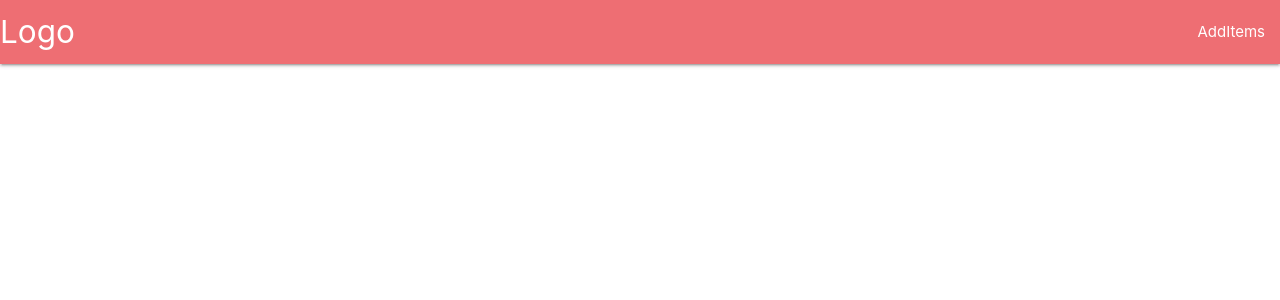
Repository: umarrg/crud-app-ejs-and-nodejs
Page: public/index.html
The author's editor kept a copy of each file at every save. The page is drawn from the files as they stood at one save, then again after the next save.
The browser window is 1280 px wide. The pictures show the whole page.

Above is the page before, as saved 2020-12-24 17:09:34.

After the next save:
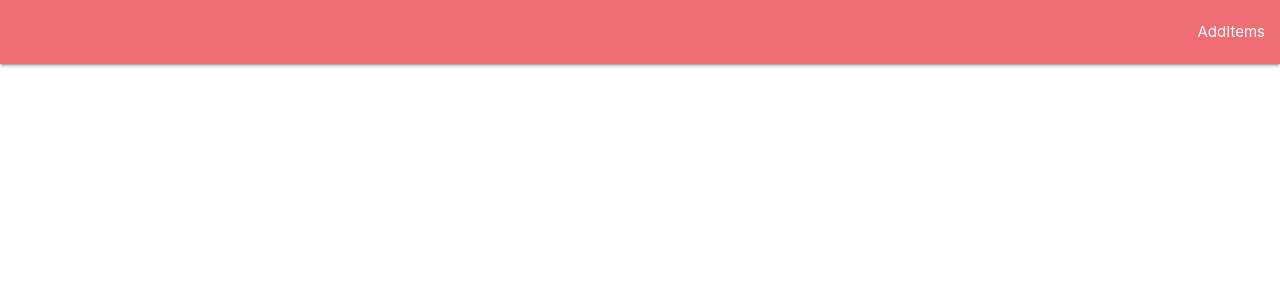
Saved 10 s later.
--- a/public/index.html
+++ b/public/index.html
@@ -9,7 +9,7 @@
 <body>
     <nav>
         <div class="nav-wrapper">
-          <a href="#" class="brand-logo">Logo</a>
+          <!-- <a href="#" class="brand-logo">Logo</a> -->
           <ul id="nav-mobile" class="right hide-on-med-and-down">
             <li><a href="additem.html"> AddItems</a></li>
 
